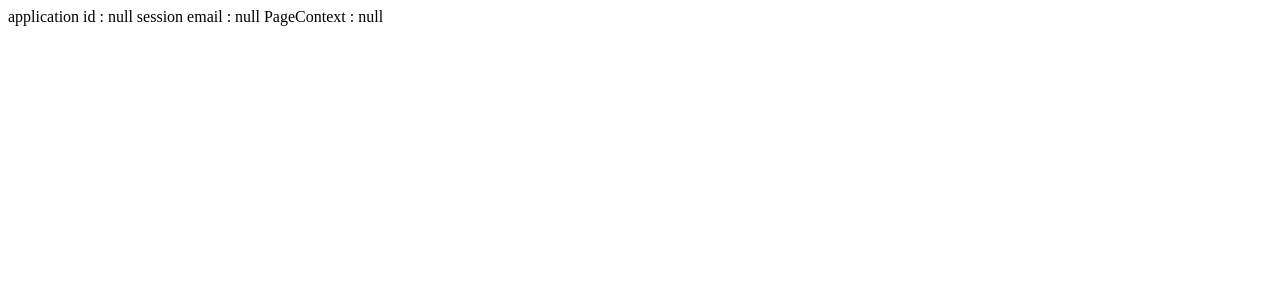
Repository: gitgw016/jsp
Page: http://localhost/09_scope/attrTest3.jsp
An editor plug-in stored every save of this project. The page is shown before and after the next save, followed by the edit.
The browser window is 1280 px wide. The pictures show the whole page.
The page is served by Tomcat 9.

Above is the page before, as saved 2021-12-08 06:53:16.

After the next save:
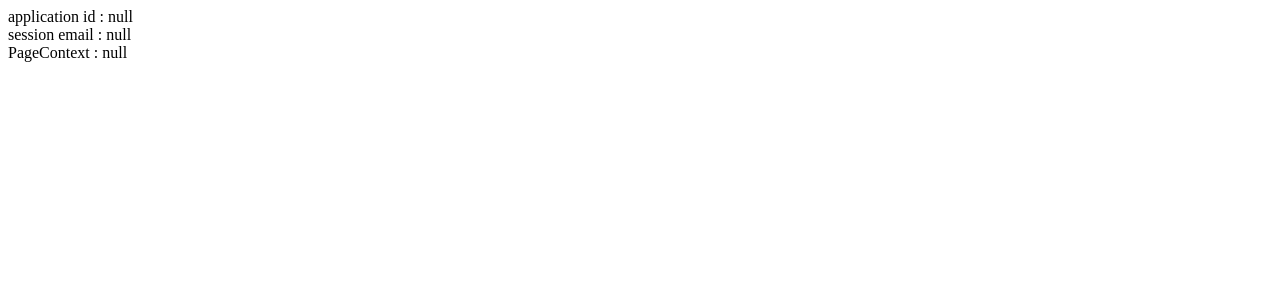
Saved 38 s later.
--- a/09_scope/src/main/webapp/attrTest3.jsp
+++ b/09_scope/src/main/webapp/attrTest3.jsp
@@ -7,8 +7,8 @@
 <title>attrTest3.jsp</title>
 </head>
 <body>
-	application id : <%=application.getAttribute("id") %>
-	session email : <%=session.getAttribute("session") %>
+	application id : <%=application.getAttribute("id") %><br/>
+	session email : <%=session.getAttribute("session") %><br/>
 	PageContext : <%=pageContext.getAttribute("pageContextId") %>
 	<br/>
 </body>
